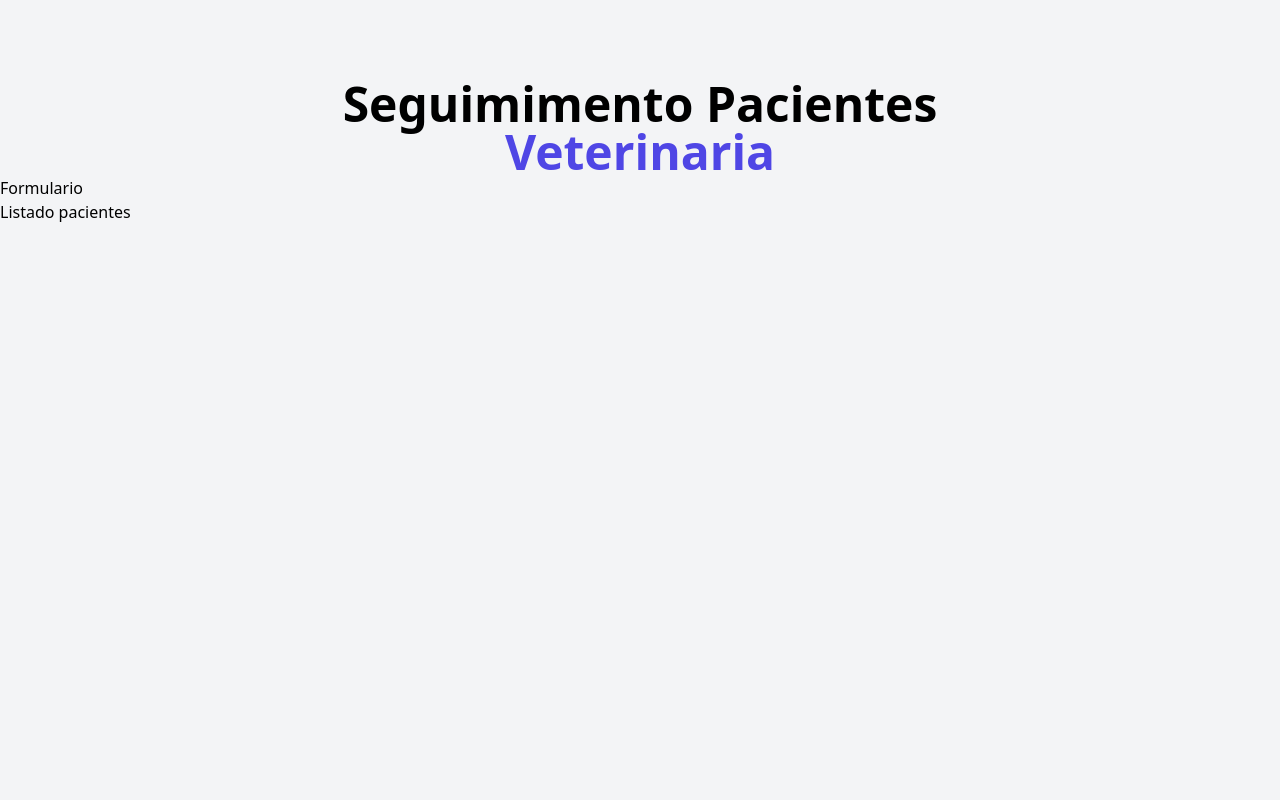
Repository: rlaureano/citas_react
Page: /
An editor plug-in stored every save of this project. The page is shown before and after the next save, followed by the edit.
The browser window is 1280 px wide. The pictures show the whole page.
The project was rebuilt for these pictures with package versions that can differ from the ones it lists, and the page was loaded fresh each time. Also part of the build but not shown: vite.config.js.

Above is the page before, as saved 2022-01-11 21:58:35.

After the next save:
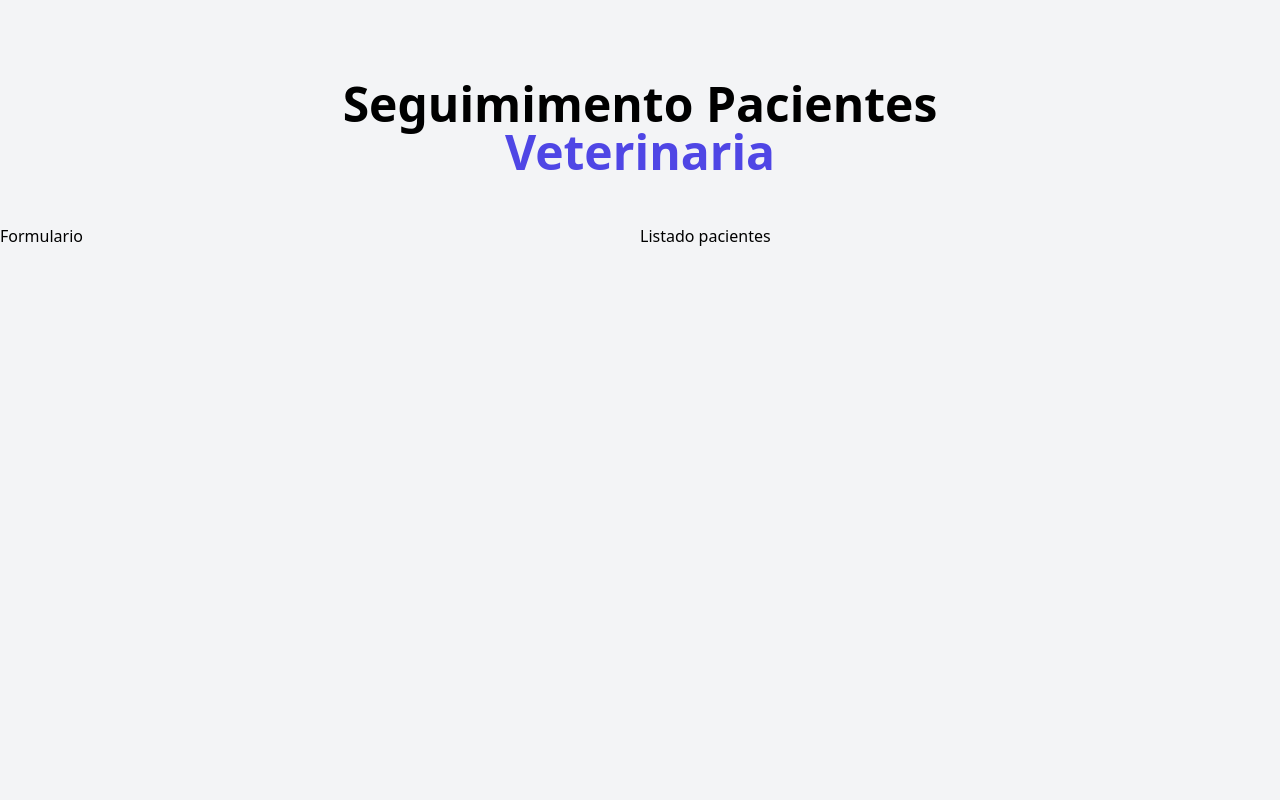
Saved 88 s later.
--- a/src/App.jsx
+++ b/src/App.jsx
@@ -7,7 +7,7 @@ function App() {
   return (
     <div className="container mx-auto mt-20">
       <Header  />
-      <div className="">
+      <div className="mt-12 flex">
         <Formulario  />
         <ListadoPacientes />
       </div>
